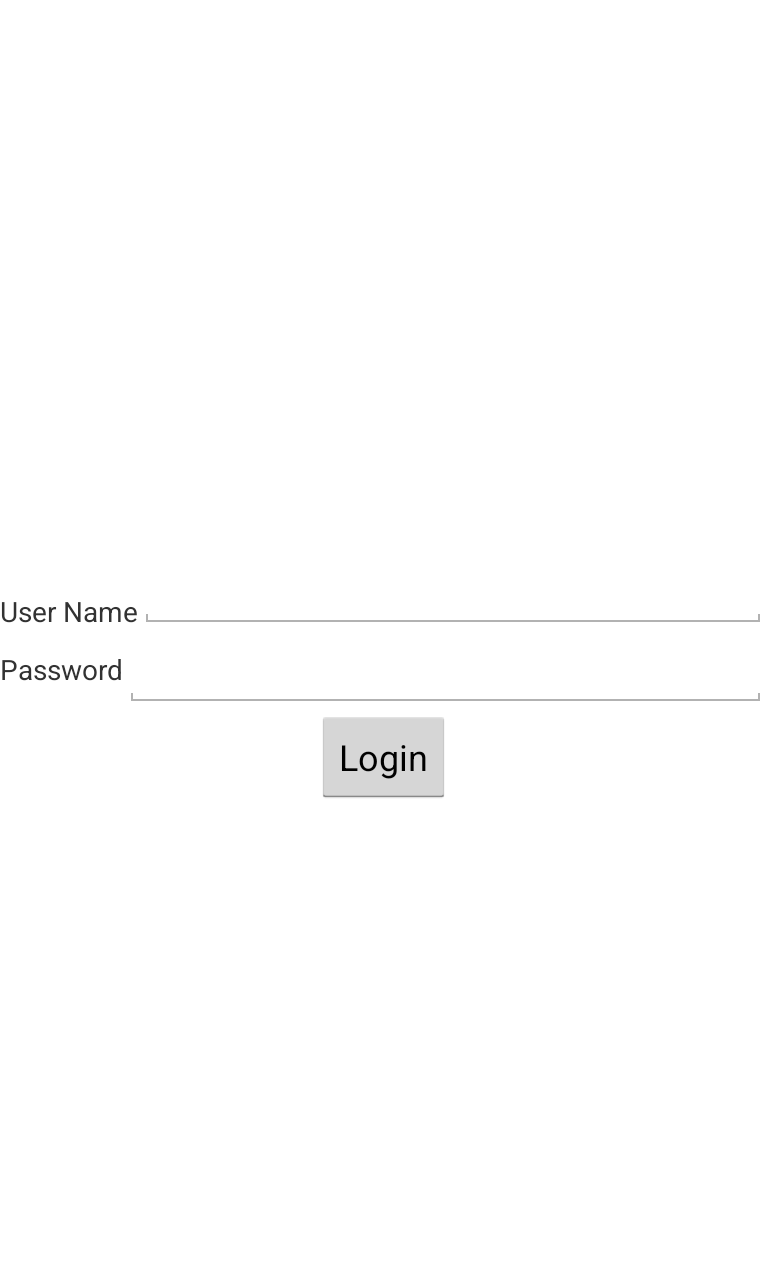
Repository: SaifJamilKhan/Meetup
Layout: MeetUp/res/layout/activity_login.xml
An editor plug-in stored every save of this project. The layout is shown before and after the next save, followed by the edit.
It is drawn on a 768 x 1280 px phone screen (xhdpi) without system bars, with theme AppTheme; the app's code is not run.

Above is the layout before, as saved 2014-03-08 20:47:02.

After the next save:
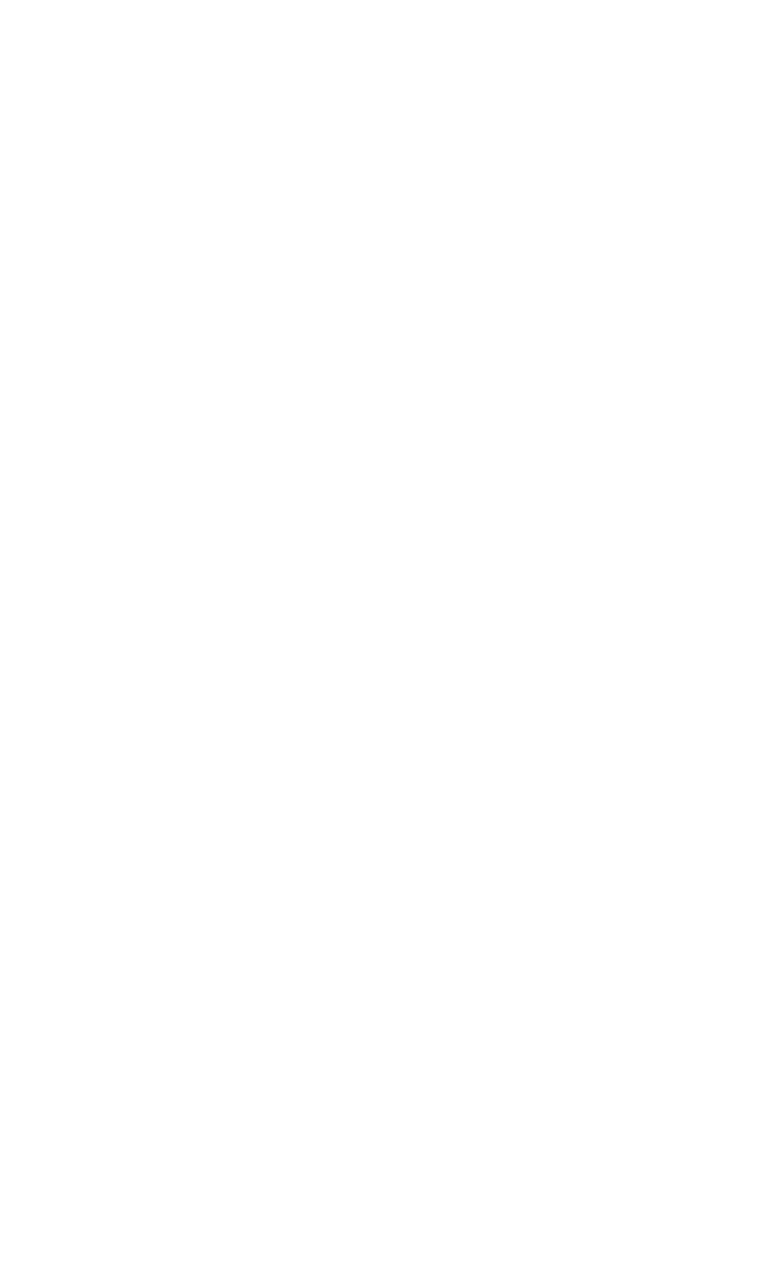
Saved 43 s later.
--- a/MeetUp/res/layout/activity_login.xml
+++ b/MeetUp/res/layout/activity_login.xml
@@ -3,53 +3,5 @@
     android:layout_height="match_parent"
     android:orientation="vertical" >
 
-    <View
-        android:id="@+id/center_divider"
-        android:layout_width="10dp"
-        android:layout_height="10dp"
-        android:layout_centerInParent="true"
-        android:visibility="invisible"/>
-
-    <TextView
-        android:id="@+id/login_username_label"
-        android:layout_width="wrap_content"
-        android:layout_height="wrap_content"
-        android:layout_alignParentLeft="true"
-        android:text="@string/user_name_label"
-        android:layout_above="@id/center_divider" />
-
-    <EditText
-        android:id="@+id/login_username_text"
-        android:layout_width="match_parent"
-        android:layout_height="wrap_content"
-        android:inputType="text"
-        android:layout_toRightOf="@id/login_username_label"
-        android:layout_above="@id/center_divider" />
-
-    <TextView
-        android:id="@+id/login_password_label"
-        android:layout_width="wrap_content"
-        android:layout_height="wrap_content"
-        android:layout_alignParentLeft="true"
-        android:text="@string/password_label"
-        android:layout_below="@id/center_divider" />
-
-    <EditText
-        android:id="@+id/login_password_text"
-        android:layout_width="match_parent"
-        android:layout_height="wrap_content"
-        android:layout_centerHorizontal="true"
-        android:layout_below="@id/login_username_text"
-        android:layout_toRightOf="@id/login_password_label"
-        android:inputType="textPassword" >
-    </EditText>
-
-    <Button
-        android:id="@+id/login_account_button"
-        android:layout_width="wrap_content"
-        android:layout_height="wrap_content"
-        android:layout_below="@id/login_password_text"
-        android:layout_centerHorizontal="true"
-        android:text="@string/login" />
 
 </RelativeLayout>

After the save that followed:
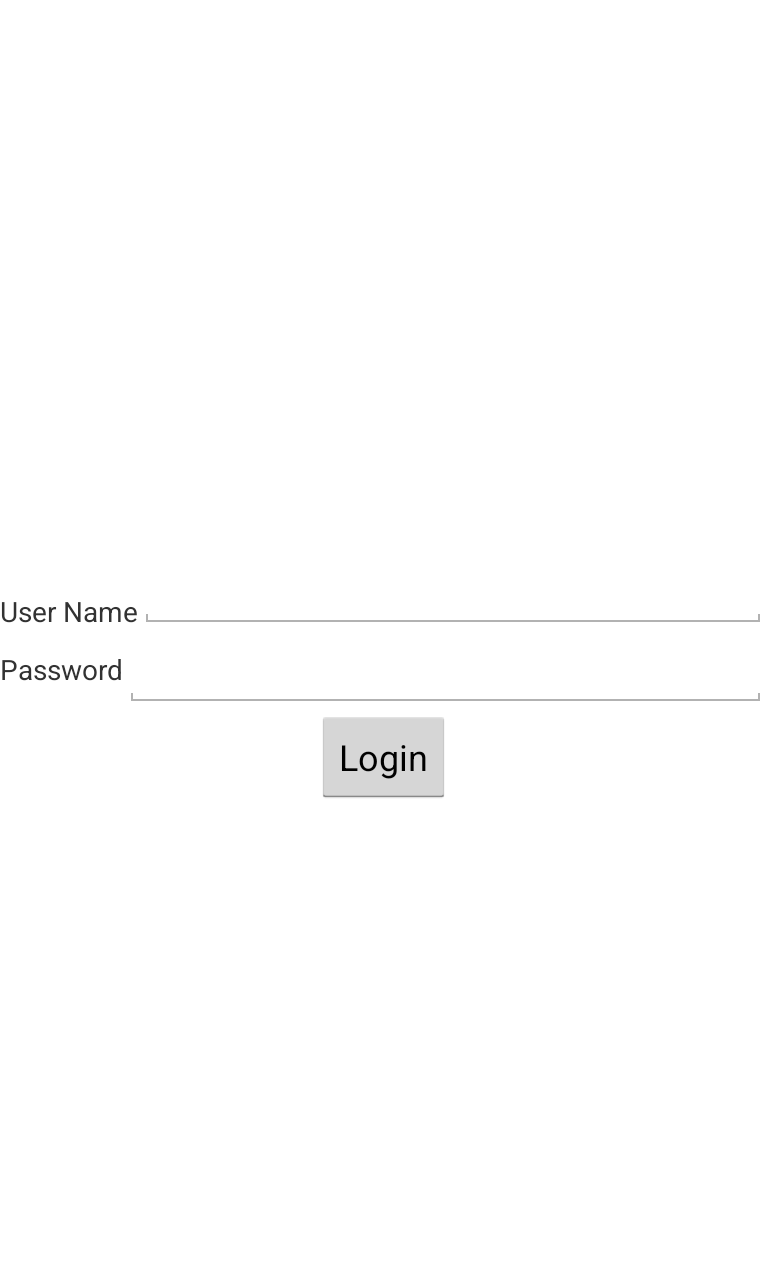
Saved 15 s later.
--- a/MeetUp/res/layout/activity_login.xml
+++ b/MeetUp/res/layout/activity_login.xml
@@ -3,5 +3,53 @@
     android:layout_height="match_parent"
     android:orientation="vertical" >
 
+    <View
+        android:id="@+id/center_divider"
+        android:layout_width="10dp"
+        android:layout_height="10dp"
+        android:layout_centerInParent="true"
+        android:visibility="invisible"/>
+
+    <TextView
+        android:id="@+id/login_username_label"
+        android:layout_width="wrap_content"
+        android:layout_height="wrap_content"
+        android:layout_alignParentLeft="true"
+        android:text="@string/user_name_label"
+        android:layout_above="@id/center_divider" />
+
+    <EditText
+        android:id="@+id/login_username_text"
+        android:layout_width="match_parent"
+        android:layout_height="wrap_content"
+        android:inputType="text"
+        android:layout_toRightOf="@id/login_username_label"
+        android:layout_above="@id/center_divider" />
+
+    <TextView
+        android:id="@+id/login_password_label"
+        android:layout_width="wrap_content"
+        android:layout_height="wrap_content"
+        android:layout_alignParentLeft="true"
+        android:text="@string/password_label"
+        android:layout_below="@id/center_divider" />
+
+    <EditText
+        android:id="@+id/login_password_text"
+        android:layout_width="match_parent"
+        android:layout_height="wrap_content"
+        android:layout_centerHorizontal="true"
+        android:layout_below="@id/login_username_text"
+        android:layout_toRightOf="@id/login_password_label"
+        android:inputType="textPassword" >
+    </EditText>
+
+    <Button
+        android:id="@+id/login_account_button"
+        android:layout_width="wrap_content"
+        android:layout_height="wrap_content"
+        android:layout_below="@id/login_password_text"
+        android:layout_centerHorizontal="true"
+        android:text="@string/login" />
 
 </RelativeLayout>
